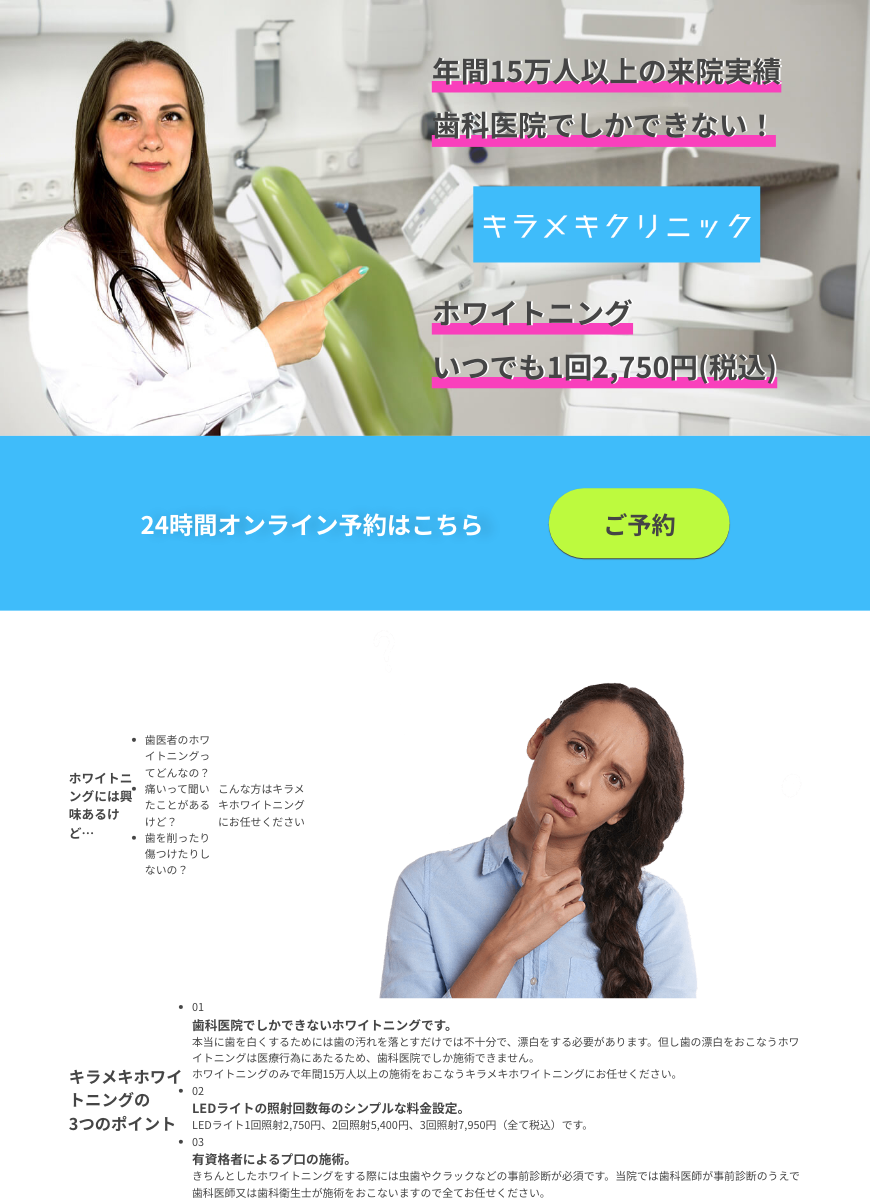
Repository: ryu-nuno/tech_academy_subwork
Page: first/index.html
The author's editor kept a record of every edit. The page is drawn from the files as they stood at one moment, then again after the next edit.
The browser window is 1280 px wide. The pictures show the whole page, at 68% of full size.
Some web libraries are served in a nearby version.

Above is the page before.

After the next edit:
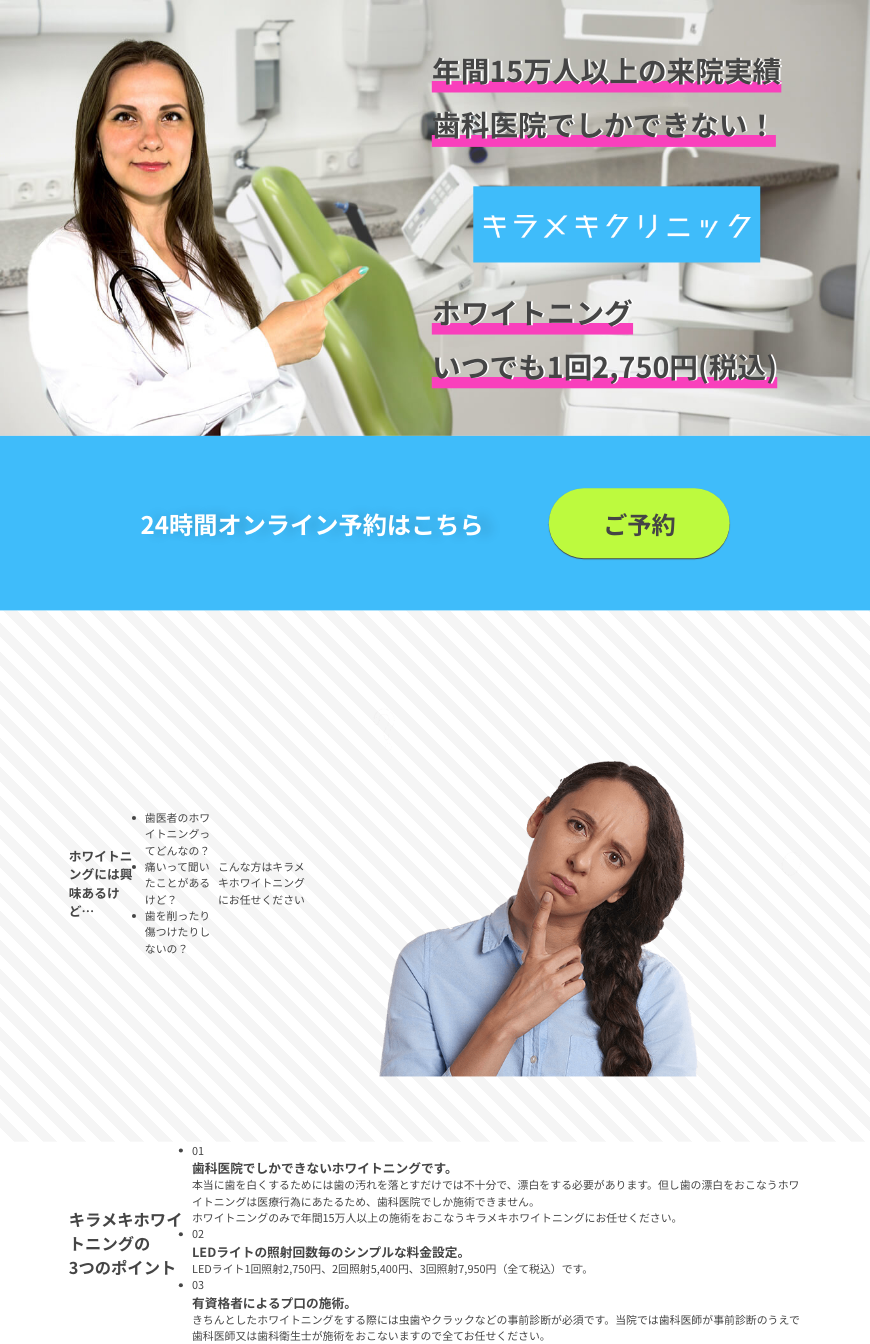
The edit:
--- a/first/css/style.css
+++ b/first/css/style.css
@@ -95,3 +95,12 @@
     overflow: hidden;
     position: relative;
 }
+
+.bg_stripe {
+    background: repeating-linear-gradient(45deg, #fff, #fff 15px, #f5f5f5 0, #f5f5f5 30px);
+}
+
+.interest .contents_width {
+    padding: 7.2rem 0 6rem;
+    position: relative;
+}
